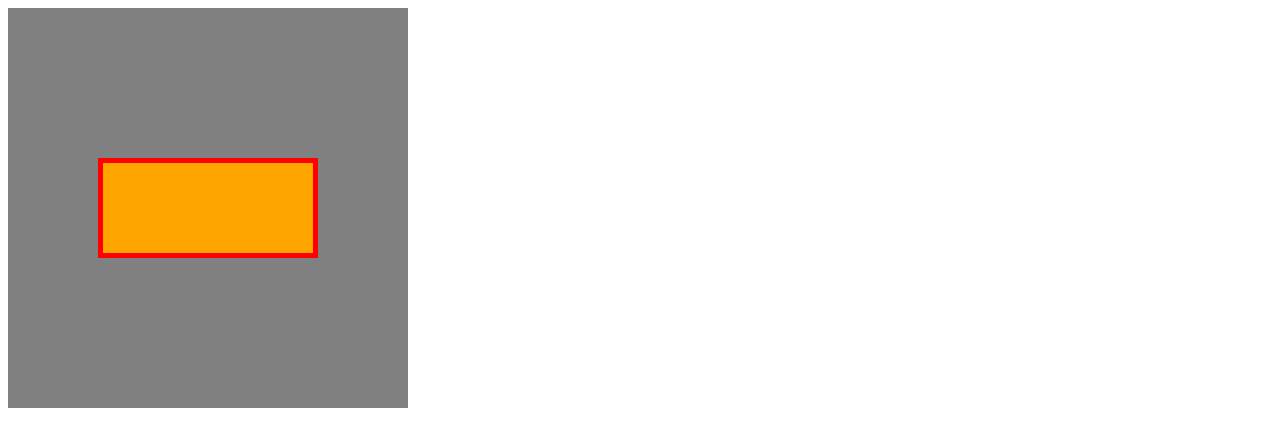
Repository: 123648923/html5-css3
Page: css/15 盒子模型/16 布局小技巧_01.html
An editor plug-in stored every save of this project. The page is shown before and after the next save, followed by the edit.
The browser window is 1280 px wide. The pictures show the whole page.

Above is the page before, as saved 2023-11-07 14:22:36.

### css/15 盒子模型/16 布局小技巧_01.html
<!DOCTYPE html>
<html lang="zh-CN">

<head>
    <meta charset="UTF-8">
    <title>布局小技巧</title>
    <style>
        .outer {
            width: 400px;
            height: 400px;
            background-color: gray;
            overflow: hidden;
        }

        .inner {
            width: 200px;
            height: 80px;
            padding: 5px;
            border: 5px solid red;
            background-color: orange;
            margin: 0px auto;
            margin-top: 150px;
        }
    </style>
</head>

<body>
    <div class="outer">
        <div class="inner"></div>
    </div>
</body>

</html>

After the next save:
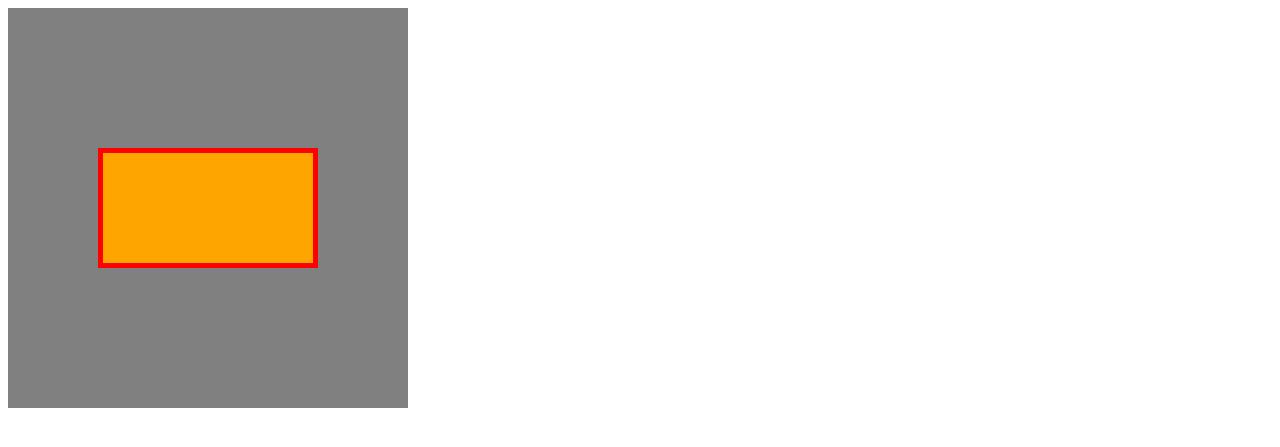
Saved 2 s later.
--- a/css/15 盒子模型/16 布局小技巧_01.html
+++ b/css/15 盒子模型/16 布局小技巧_01.html
@@ -3,7 +3,7 @@
 
 <head>
     <meta charset="UTF-8">
-    <title>布局小技巧</title>
+    <title>布局小技巧_01</title>
     <style>
         .outer {
             width: 400px;
@@ -14,12 +14,12 @@
 
         .inner {
             width: 200px;
-            height: 80px;
+            height: 100px;
             padding: 5px;
             border: 5px solid red;
             background-color: orange;
             margin: 0px auto;
-            margin-top: 150px;
+            margin-top: 140px;
         }
     </style>
 </head>
